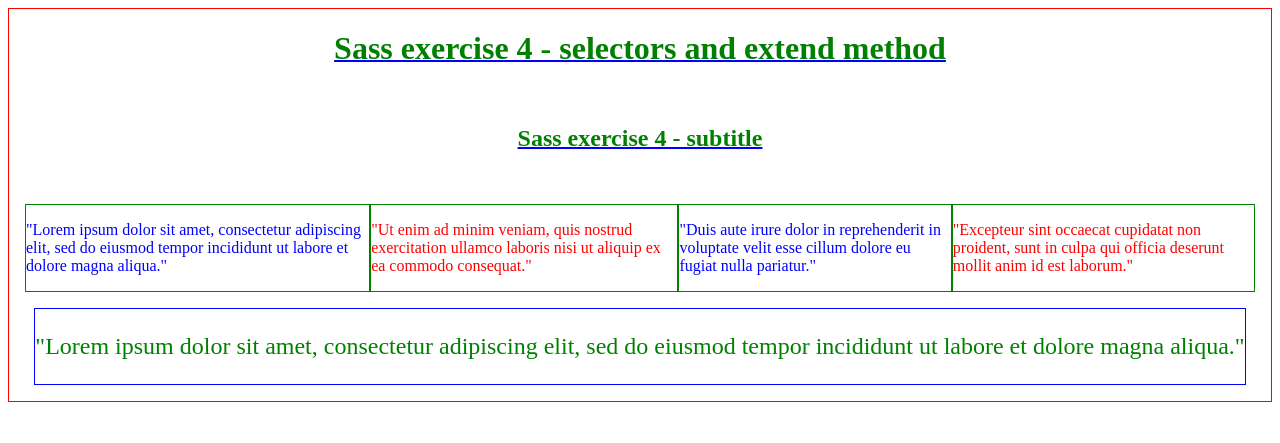
Repository: tr2cky/sass4
Page: index.html
The author's editor kept a copy of each file at every save. The page is drawn from the files as they stood at one save, then again after a run of saves.
The browser window is 1280 px wide. The pictures show the whole page.
The style sheet was rebuilt from its Sass, Less or Tailwind sources for each picture, by a compiler version that may differ from the author's.

Above is the page before, as saved 2022-10-16 10:41:06.

### index.html
<!DOCTYPE html>
<html>
    <head>
        <title>Sass exercise 4 - selectors and extend method</title>
        <link rel="stylesheet" href="./style.css">
    </head>
    <body>
        <div class="exercise">
            <h1>Sass exercise 4 - selectors and extend method</h1>
            <h2>Sass exercise 4 - subtitle</h2>
            <section>
                <article>
                    <p>"Lorem ipsum dolor sit amet, consectetur adipiscing elit, sed do eiusmod tempor incididunt ut labore et dolore magna aliqua."</p>
                </article>
                <article>
                    <p>"Ut enim ad minim veniam, quis nostrud exercitation ullamco laboris nisi ut aliquip ex ea commodo consequat."</p>
                </article>
                <article>
                    <p>"Duis aute irure dolor in reprehenderit in voluptate velit esse cillum dolore eu fugiat nulla pariatur."</p>
                </article>
                <article>
                    <p>"Excepteur sint occaecat cupidatat non proident, sunt in culpa qui officia deserunt mollit anim id est laborum."</p>
                </article>
            </section>
            <section>
                <article>
                    <p>"Lorem ipsum dolor sit amet, consectetur adipiscing elit, sed do eiusmod tempor incididunt ut labore et dolore magna aliqua."</p>
                </article>
            </section>
        </div>
    </body>
</html>

### style.scss
@use "module1.scss";
@use "module2.scss";
@import "module3.scss";

### module1.scss
$color-primary: red;
$color-secondary: blue;
$color-tertiary: green;

@import "module3.scss";
.exercise {
    display: grid;
    grid-template-columns: repeat(4, 1fr);
    border: toRem(1) solid $color-primary;
    h1 {
        color: $color-tertiary;
        grid-column: 1/ span 4;
        justify-self: center;
        text-decoration: underline $color-secondary toRem(2);
    }
    h2 {
        @extend h1;
        padding: toRem(16);
        border: red;
    }
    section {
        grid-column: 1 / 5;
        display: flex;
        margin: toRem(16);
    }
}

### module3.scss
@function toRem($value) {
    $remValue: ($value / 16) + rem;
    @return $remValue;
}

### module2.scss
@use "module1.scss";
@import "module3.scss";
$color-primary: module1.$color-primary;
$color-secondary: module1.$color-secondary;
$color-tertiary: module1.$color-tertiary;
@mixin article-card ($color, $border-color: $color-tertiary, $font-size: toRem(16)) {
    color: $color;
    border: toRem(1) solid;
    border-color: $border-color;
    font-size: $font-size;
}
section:nth-of-type(1) {
    article:nth-of-type(odd){
    @include article-card($color-secondary);
    }
    article:nth-of-type(even){
    @include article-card($color-primary);
}
}
section:nth-of-type(2) {
    article {
        @include article-card($color-tertiary, $color-secondary, toRem(24));
    }
    margin-top: toRem(0);
    place-self: center;
}

After the next 10 saves:
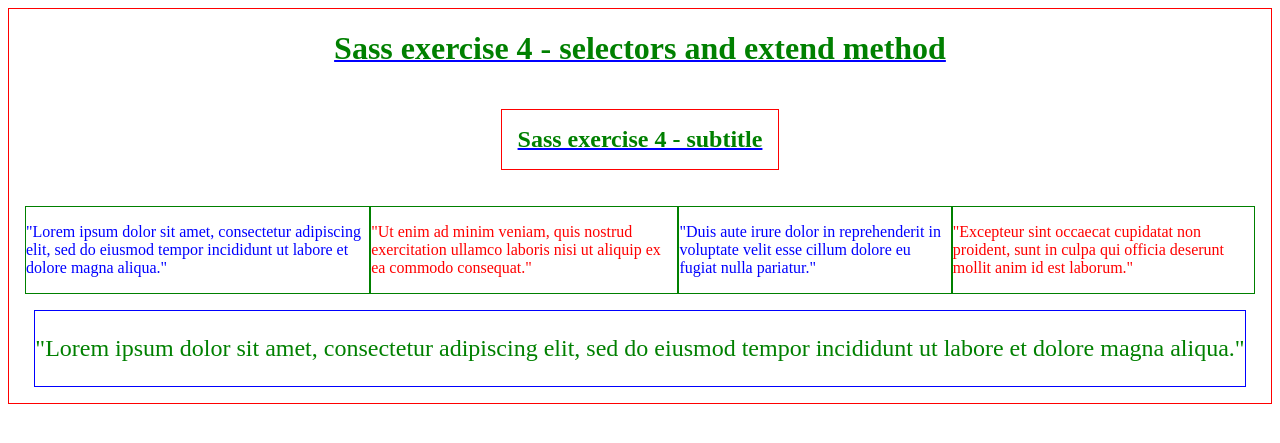
The 10 saves are shown as one change because they came seconds apart.
The last was saved 16 s later.
--- a/module1.scss
+++ b/module1.scss
@@ -16,7 +16,7 @@ $color-tertiary: green;
     h2 {
         @extend h1;
         padding: toRem(16);
-        border: red;
+        border: toRem(1) solid red;
     }
     section {
         grid-column: 1 / 5;
